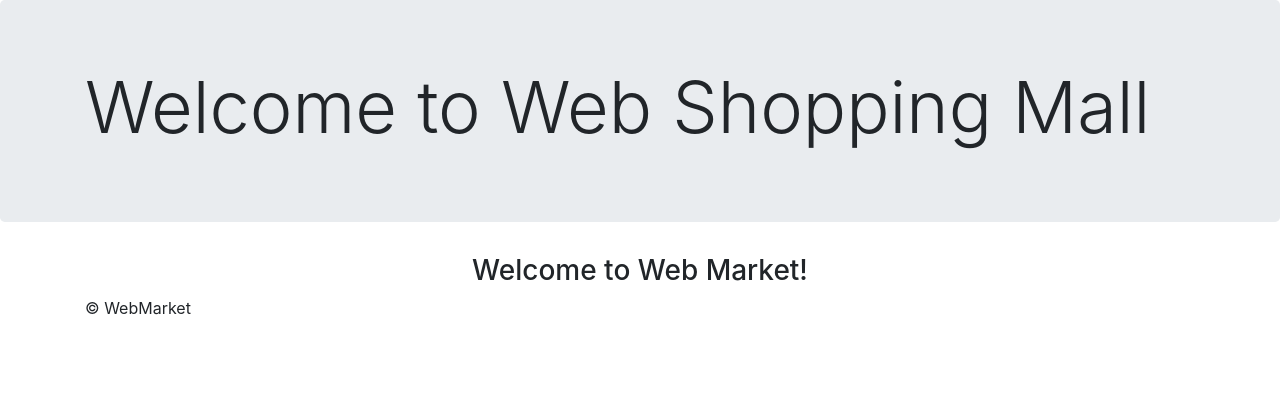
Repository: ifpi98/java_e
Page: http://localhost/jspproject/welcome.jsp
The author's editor kept a copy of each file at every save. The page is drawn from the files as they stood at one save, then again after the next save.
The browser window is 1280 px wide. The pictures show the whole page.
The page is served by Tomcat 9.

Above is the page before, as saved 2023-07-06 02:58:31.

After the next save:
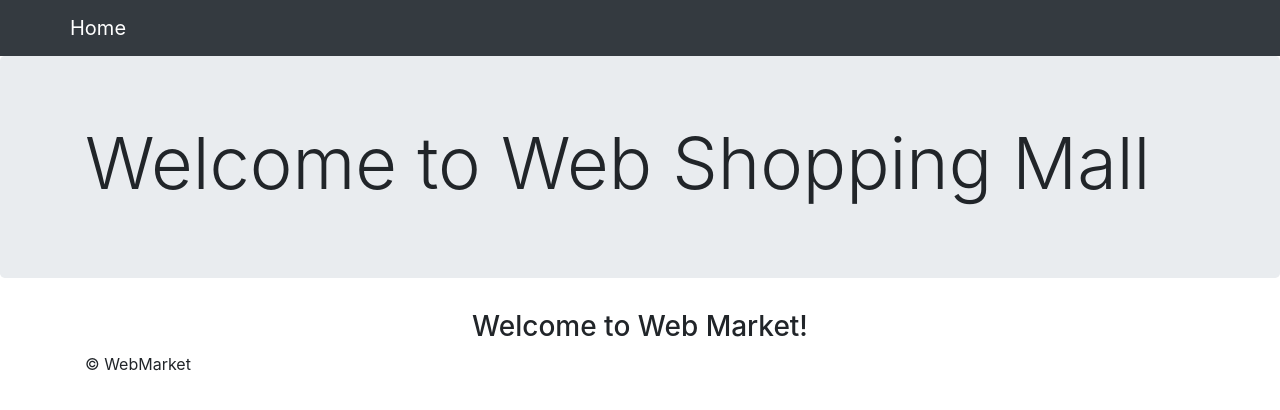
Saved 37 s later.
--- a/jspproject/src/main/webapp/welcome.jsp
+++ b/jspproject/src/main/webapp/welcome.jsp
@@ -11,6 +11,14 @@
 
 </head>
 <body>
+
+	<nav class = "navbar navbar-expand navbar-dark bg-dark">
+		<div class = "container">
+			<div class = "navbar-header">
+				<a class = "navbar-brand" href="./welcome.jsp">Home</a>
+			</div>
+		</div>
+	</nav>
 
 	<%! String greeting = "Welcome to Web Shopping Mall";
 	String tagline = "Welcome to Web Market!"; %>
@@ -32,13 +40,7 @@
 		</div>
 	</main>
 
-	<!-- <nav class = "navbar navbar-expand navbar-dark bg-dark">
-		<div class = "container">
-			<div class = "navbar-header">
-				<a class = "navbar-brand" href="./welcome.jsp">Home</a>
-			</div>
-		</div>
-	</nav> -->
+
 
 	<footer class= "container">
 		<p>&copy; WebMarket</p>
